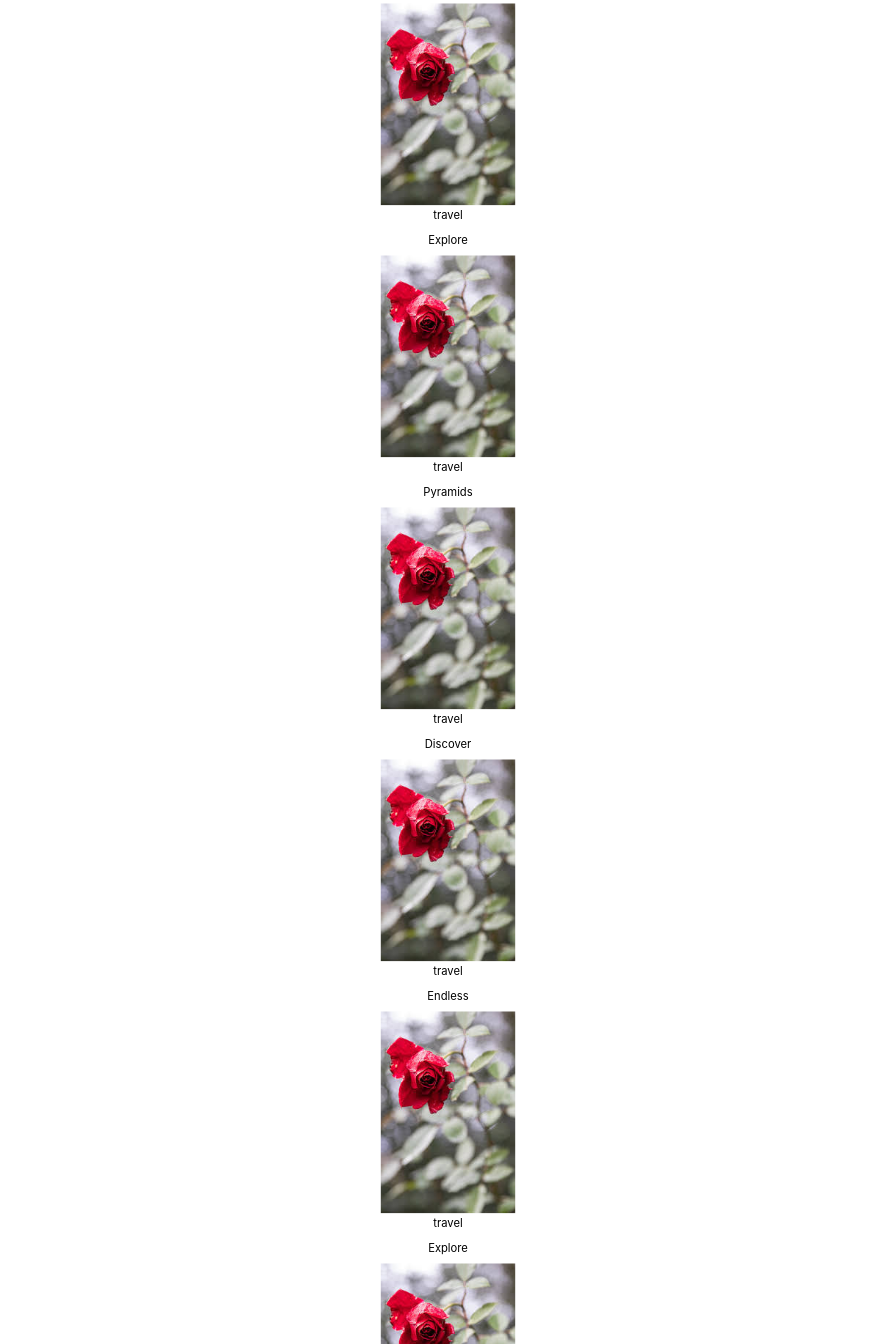
Repository: vakharia5/Preview
Page: /
The author's editor kept a copy of each file at every save. The page is drawn from the files as they stood at one save, then again after the next save.
The browser window is 1280 px wide. The pictures show the part of the page from y = 0 to 1920 px (the page is 2880 px tall before and 2803 px after), at 70% of full size.
The project was rebuilt for these pictures with package versions that can differ from the ones it lists, and the page was loaded fresh each time.

Above is the page before, as saved 2020-06-22 15:04:48.

After the next save:
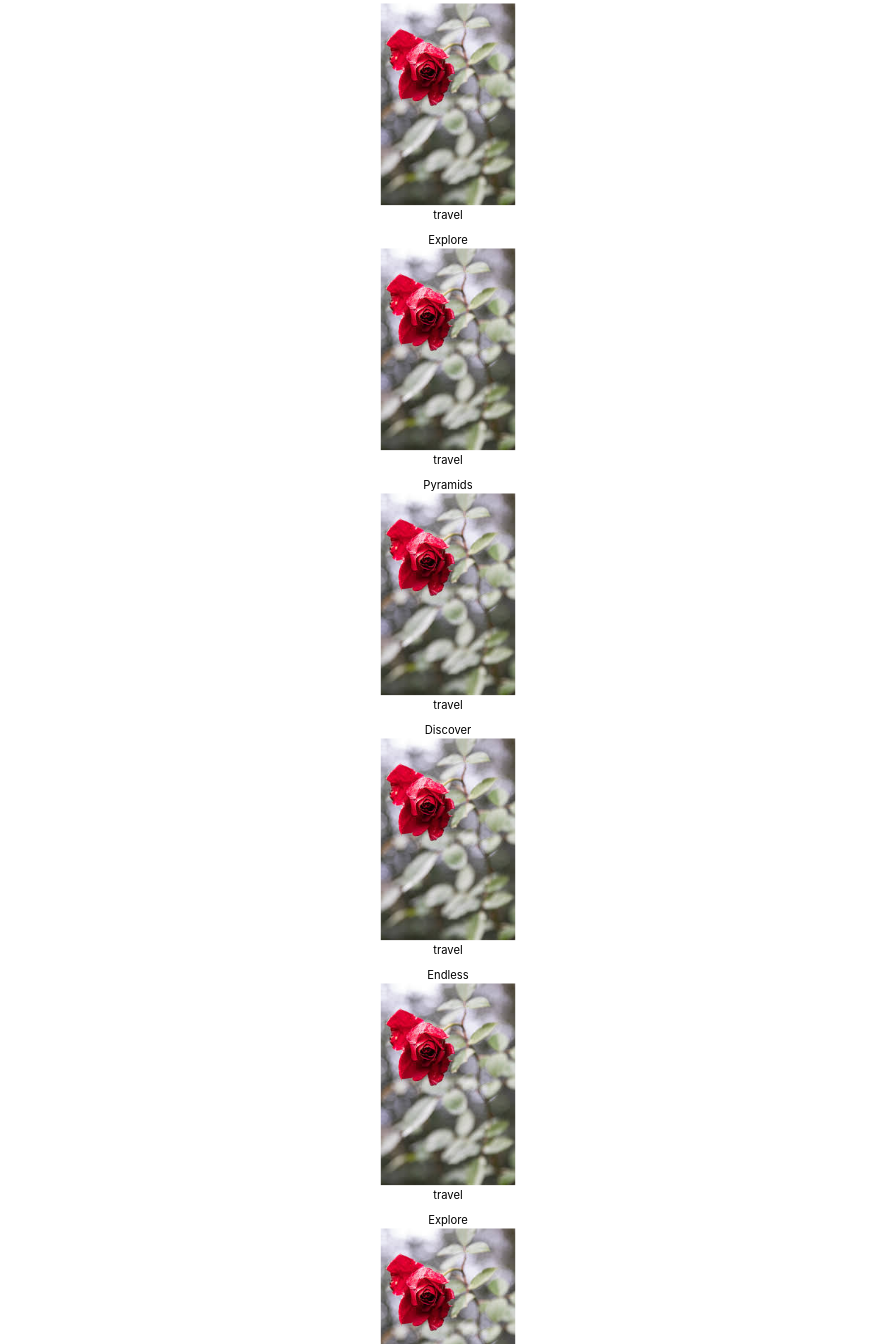
Saved 11 s later.
--- a/src/assets/css/Style.css
+++ b/src/assets/css/Style.css
@@ -2,7 +2,7 @@
 .card{
     height: 20rem;
     padding: 5px;
-    margin-bottom: 30px;
+    margin-bottom: 20px;
     /* box-shadow: 0 4px 8px 0 rgba(0, 0, 0, 0.2), 0 6px 20px 0 rgba(0, 0, 0, 0.19); */
 }
 
